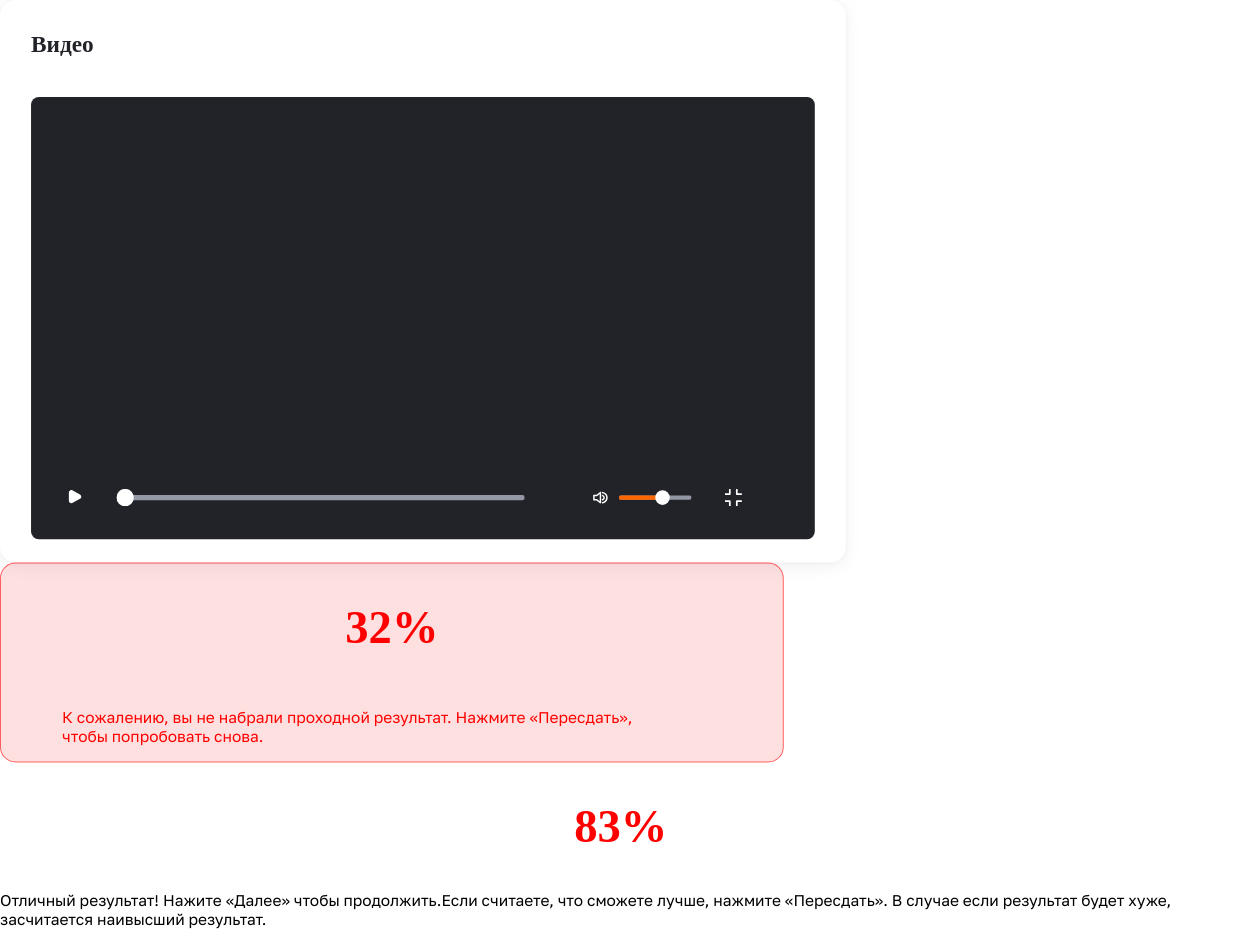
Repository: RuslanSR2424/Group5_LizaAlert
Page: index.html
These files come from the project's save history. The page is drawn as it stood at one moment and after the next save; the edit follows.
The browser window is 1280 px wide. The pictures show the whole page, at 97% of full size.

Above is the page before, as saved 2022-03-09 17:00:00.

### index.html
<!DOCTYPE html>
<html lang="en">

<head>
    <meta charset="UTF-8">
    <meta http-equiv="X-UA-Compatible" content="IE=edge">
    <meta name="viewport" content="width=device-width, initial-scale=1.0">
    <link rel="stylesheet" href="./pages/index.css" />
    <title>Document</title>
</head>

<body class="root">
    <section class="video">
        <h2 class="video__title">
            Видео
        </h2>
        <div class="video__player">
            <img class="video__button video__button_type_play" src="./images/video/start.svg">
            <img class="video__button video__button_type_timeline" src="./images/video/timeline.svg">
            <img class="video__button video__button_type_sound-icon" src="./images/video/sound-icon.svg">
            <img class="video__button video__button_type_sound" src="./images/video/sound.svg">
            <img class="video__button video__button_type_size" src="./images/video/size.svg">
        </div>
    </section>
    <section class="results">
        <div class="results__bad">
            <h2 class="results__score">32%</h2>
            <p class="result__text result__text_type_bad">К сожалению, вы не набрали проходной результат.
                Нажмите «Пересдать», чтобы попробовать снова.</p>
        </div>
        <div class="results__good">
            <h2 class="results__score">83%</h2>
            <p class="result__text result__text_type_good">Отличный результат!
                Нажите «Далее» чтобы продолжить.Если считаете, что сможете лучше, нажмите «Пересдать». В случае если результат будет хуже, засчитается наивысший результат.</p>
        </div>
    </section>
</body>

</html>

### pages/index.css
@import url(../fonts/fonts.css);
@import url(../blocks/root/root.css);

/* video */

@import url(../blocks/video/video.css);
@import url(../blocks/video/__button/video__button.css);
@import url(../blocks/video/__button/_type/video__button_type_play.css);
@import url(../blocks/video/__button/_type/video__button_type_sound.css);
@import url(../blocks/video/__button/_type/video__button_type_timeline.css);
@import url(../blocks/video/__button/_type/video__button_type_size.css);
@import url(../blocks/video/__button/_type/video__button_type_sound-icon.css);
@import url(../blocks/video/__player/video__player.css);
@import url(../blocks/video/__title/video__title.css);

/* results */

@import url(../blocks/results/results.css);
@import url(../blocks/results/__bad/results__bad.css);
@import url(../blocks/results/__good/results__good.css);
@import url(../blocks/results/__score/results__score.css);
@import url(../blocks/results/__text/results__text.css);
@import url(../blocks/results/__text/_type/result__text_type_bad.css);
@import url(../blocks/results/__text/_type/result__text_type_good.css);

### fonts/fonts.css
@font-face {
  font-family: "Golos-Text";
  font-style: normal;
  font-weight: 700;
  src: url(./Golos-Text_Regular.woff) format("woff"),
    url(./Golos-Text_Regular.woff2) format("woff2");
}
@font-face {
  font-family: "Golos-Text";
  font-style: bold;
  font-weight: 900;
  src: url(./Golos-Text_Bold.woff) format("woff"),
    url(./Golos-Text_Bold.woff2) format("woff2");
}

### blocks/root/root.css
.root {
  margin: 0;
  padding: 0;
  font-family: "Golos-Text";
}

### blocks/video/video.css
.video {
  height: 580px;
  width: 872px;
  display: flex;
  flex-direction: column;
  background: #ffffff;
  box-shadow: 0px 0px 4px rgba(231, 232, 235, 0.6),
    0px 4px 16px rgba(231, 232, 235, 0.6);
  border-radius: 16px;
}

### blocks/video/__button/video__button.css
.video__button{
    height: 18px;
}

### blocks/video/__button/_type/video__button_type_play.css
.video__button_type_play {
    margin: 0 0 35px 36px;
}

### blocks/video/__button/_type/video__button_type_sound.css
.video__button_type_sound{
    margin: 0 0 34px 10px;
}

### blocks/video/__button/_type/video__button_type_timeline.css
.video__button_type_timeline{
    margin: 0 35px 34px 34px;
}

### blocks/video/__button/_type/video__button_type_size.css
.video__button_type_size{
    margin: 0 34px 34px 34px;
}

### blocks/video/__button/_type/video__button_type_sound-icon.css
.video__button_type_sound-icon{
    margin: 0 0 34px 34px;
}

### blocks/video/__player/video__player.css
.video__player {
  height: 456px;
  width: 808px;
  background-color: #212329;
  display: flex;
  flex-direction: row;
  align-items: flex-end;
  border-radius: 8px;
  margin: auto;
}

### blocks/video/__title/video__title.css
.video__title {
  font-family: Golos;
  font-style: normal;
  font-weight: 700;
  font-size: 24px;
  line-height: 28px;
  color: #212329;
  margin: 32px 32px 16px 32px;
}

### blocks/results/results.css
.results{}

### blocks/results/__bad/results__bad.css
.results__bad {
  display: flex;
  flex-direction: column;
  align-items: center;

  width: 808px;
  height: 206px;

  background: rgba(255, 0, 0, 0.12);
  border: 1.2px solid rgba(255, 0, 0, 0.6);
  box-sizing: border-box;
  border-radius: 16px;
}

### blocks/results/__good/results__good.css
.results__good{

}

### blocks/results/__score/results__score.css
.results__score {
  font-family: "Golos";
  font-style: normal;
  font-weight: bold;
  font-size: 48px;
  line-height: 52px;
  text-align: center;

  color: #FF0000;
}

### blocks/results/__text/results__text.css
.results__text {
  font-family: "Golos-Text";
  font-style: normal;
  font-weight: normal;
  font-size: 18px;
  line-height: 24px;
  text-align: center;
}

### blocks/results/__text/_type/result__text_type_bad.css
.result__text_type_bad {
  color: #ff0000;
  width: 680px;
  min-height: 66px;
}

### blocks/results/__text/_type/result__text_type_good.css
.result__text_type_good{}

After the next save:
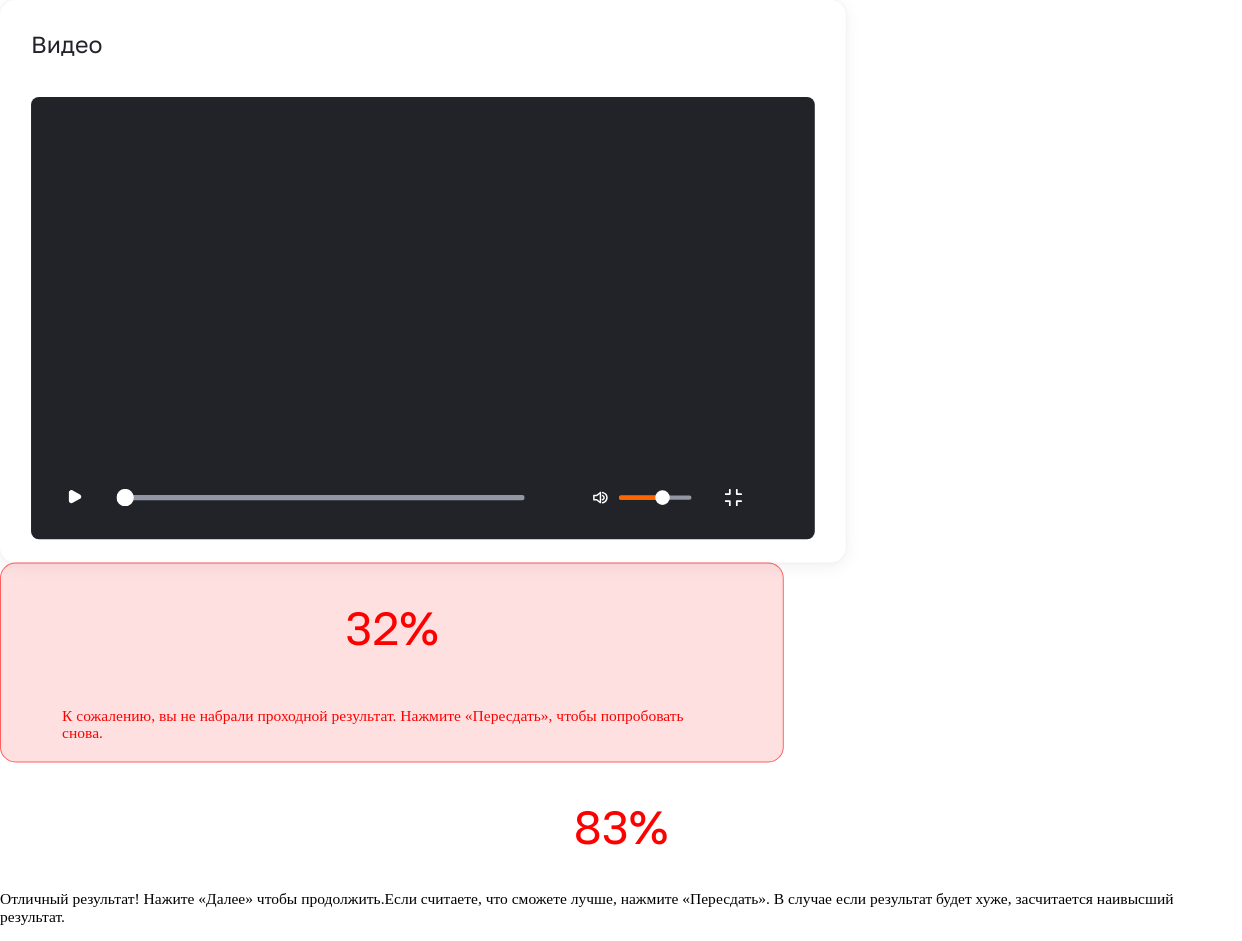
Saved 41 s later.
--- a/fonts/fonts.css
+++ b/fonts/fonts.css
@@ -1,12 +1,12 @@
 @font-face {
-  font-family: "Golos-Text";
+  font-family: "Golos";
   font-style: normal;
   font-weight: 700;
   src: url(./Golos-Text_Regular.woff) format("woff"),
     url(./Golos-Text_Regular.woff2) format("woff2");
 }
 @font-face {
-  font-family: "Golos-Text";
+  font-family: "Golos";
   font-style: bold;
   font-weight: 900;
   src: url(./Golos-Text_Bold.woff) format("woff"),
